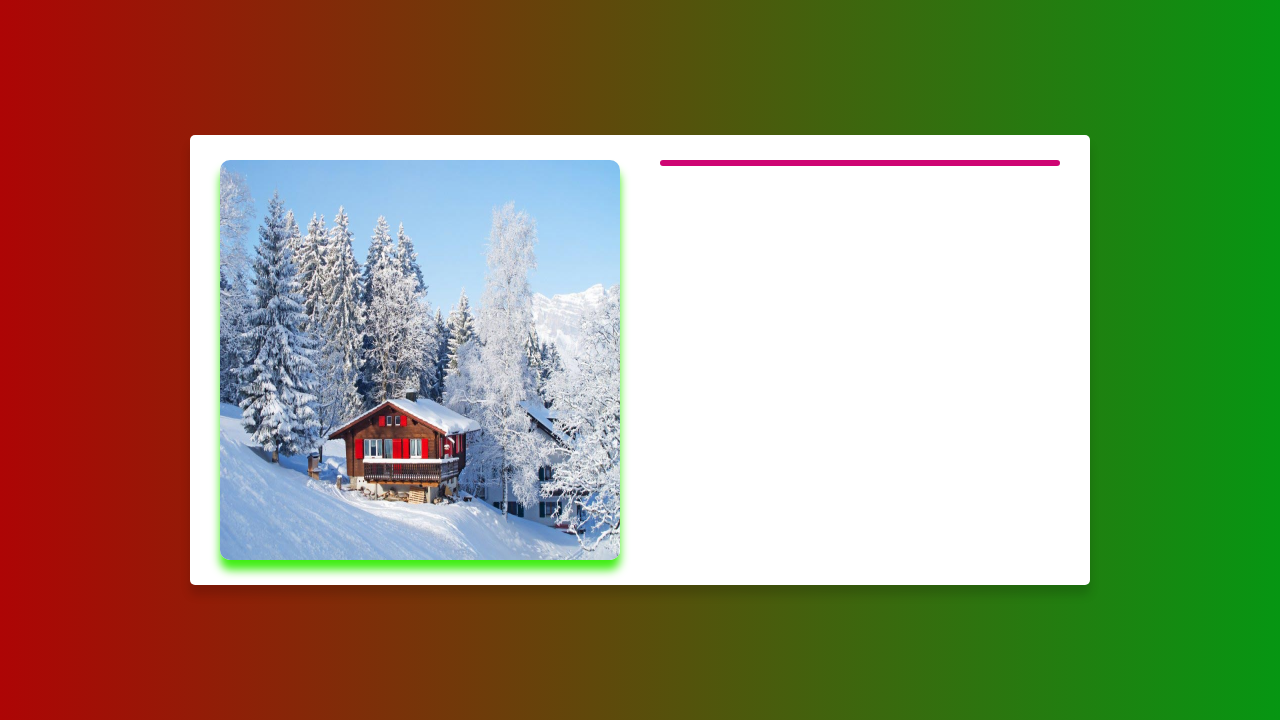
Repository: dev-ashik/Halloween
Page: Reg Page/Index.html
An editor plug-in stored every save of this project. The page is shown before and after the next save, followed by the edit.
The browser window is 1280 px wide. The pictures show the whole page.

Above is the page before, as saved 2021-12-21 21:54:07.

### Reg Page/Index.html
<!DOCTYPE html>
<html lang="en">

<head>
    <meta charset="UTF-8">
    <meta http-equiv="X-UA-Compatible" content="IE=edge">
    <meta name="viewport" content="width=device-width, initial-scale=1.0">
    <title>Regristration page</title>
    <link rel="stylesheet" href="CSS/main.css">
</head>

<body>
    <div class="con">
        <div class="bann">
            <img src="IMG/banner.jpg" alt="">
        </div>
        <div class="form"></div>
    </div>
</body>
<script src="JS/main.js"></script>

</html>

### Reg Page/CSS/main.css
@import url('https://fonts.googleapis.com/css2?family=Poppins:wght@200;300;400;500;600;700&display=swap');
@import url('https://fonts.googleapis.com/css2?family=Poppins:wght@200;300;400;500;600;700&display=swap');
* {
    margin: 0;
    padding: 0;
    box-sizing: border-box;
    font-family: 'Poppins', sans-serif;
}

html,
body {
    display: grid;
    height: 100vh;
    width: 100%;
    place-items: center;
    background: linear-gradient(to right, #ad0505 0%, #069612 100%);
}

::selection {
    background: #ff80bf;
}

.con {
    background: #fff;
    max-width: 900px;
    width: 100%;
    padding: 25px 30px;
    border-radius: 5px;
    box-shadow: 0 10px 10px rgba(0, 0, 0, 0.15);
}

.con .bann img {
    float: left;
    width: 400px;
    height: 400px;
    border-radius: 10px;
    box-shadow: 0 10px 10px #40ee14;
}

.con .form {
    float: right;
    border: 3px solid rgb(206, 5, 115);
    border-radius: 10px;
    max-width: 400px;
    width: 100%;
}

Loaded but not shown: Reg Page/JS/main.js (no stored copy; drawn as an empty file)

After the next save:
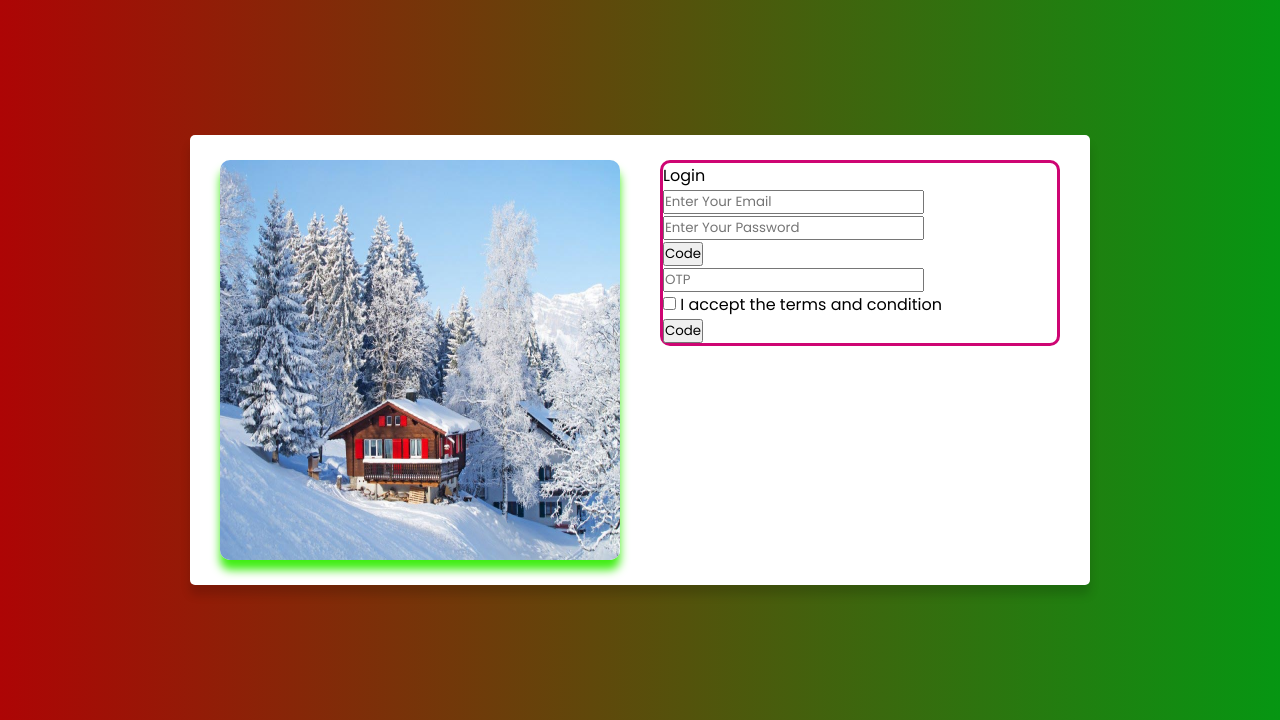
Saved 68 s later.
--- a/Reg Page/Index.html
+++ b/Reg Page/Index.html
@@ -14,7 +14,38 @@
         <div class="bann">
             <img src="IMG/banner.jpg" alt="">
         </div>
-        <div class="form"></div>
+        <div class="form">
+            <form action="#">
+                <div class="title">Login</div>
+                <div class="box underline">
+                    <input type="text" placeholder="Enter Your Email" id="mail" required>
+                    <div class="underline"></div>
+                    <!--Email Field with velidation-->
+                </div>
+                <div class="box">
+                    <input type="password" placeholder="Enter Your Password" id="pwd" required>
+                    <div class="underline"></div>
+                    <!--Password Field with velidation-->
+                </div>
+                <div class="box button">
+                    <button onclick="vercod()" id="vc">Code</button>
+                    <!--Code form-->
+                </div>
+                <div class="box">
+                    <input type="text" placeholder="OTP" id="otp" required>
+                    <div class="underline"></div>
+                    <!--Security Code with velidation-->
+                </div>
+                <div class="Agreement">
+                    <input type="checkbox" id="cb" value="Agree">
+                    <label for="Agree">I accept the terms and condition</label>
+                    <!--Agreement box-->
+                </div>
+                <div class="box button">
+                    <button onclick="sub()">Code</button>
+                </div>
+            </form>
+        </div>
     </div>
 </body>
 <script src="JS/main.js"></script>
